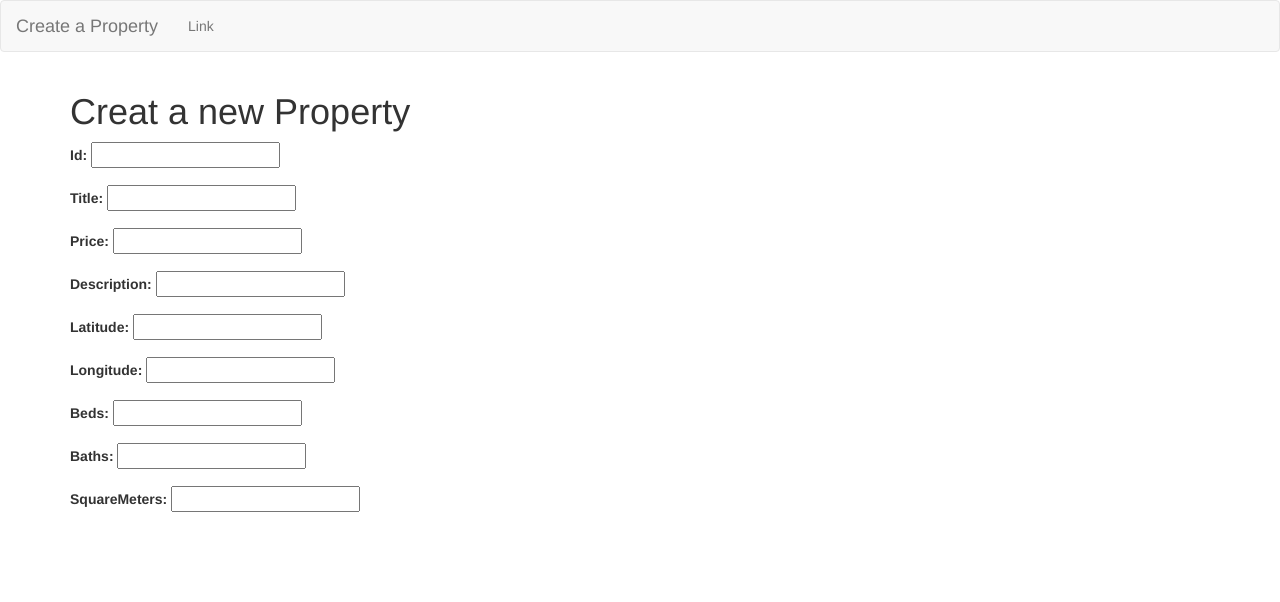
Repository: djoysilva/vivaRealChallenge
Page: http://localhost/vivaReal2.0/createProperty.jsp
The author's editor kept a copy of each file at every save. The page is drawn from the files as they stood at one save, then again after the next save.
The browser window is 1280 px wide. The pictures show the whole page.
The page is served by Tomcat 9. Other server files are loaded and not shown.

Above is the page before, as saved 2016-11-02 21:07:21.

### VivaRealWorkSpace/vivaReal2.0/WebContent/createProperty.jsp
<%@ page language="java" contentType="text/html; charset=ISO-8859-1"
    pageEncoding="ISO-8859-1"%>
<!DOCTYPE html PUBLIC "-//W3C//DTD HTML 4.01 Transitional//EN" "http://www.w3.org/TR/html4/loose.dtd">
<html>
<head>
<meta http-equiv="Content-Type" content="text/html; charset=ISO-8859-1">
<%@ include file = "include.jsp"%>
<title>Create a new property</title>
</head>
<body>
	<%@ include file = "menu.jsp" %>
	<div class = "container">
		<h1>Creat a new Property</h1>
		<div class = "row">
			<div class = "col-md-4">
				<form action="createProperty" method="post">
					<input type="hidden" name="action" value="create">
					<div class = "form-group">
						<label for="idId">Id:</label>
						<input type="text" name="id" id="idId">
					</div>
					<div class = "form-group">
						<label for="idTitle">Title:</label>
						<input type="text" name="title" id="idTitle">
					</div>
					<div class = "form-group">
						<label for="idPrice">Price:</label>
						<input type="text" name="price" id="idPrice">
					</div>
					<div class = "form-group">
						<label for="idDesc">Description:</label>
						<input type="text" name="description" id="idDesc">
					</div>
					<div class = "form-group">
						<label for="idLatitude">Latitude:</label>
						<input type="text" name="latitude" id="idLatitude">
					</div>
					<div class = "form-group">
						<label for="idLongitude">Longitude:</label>
						<input type="text" name="longitude" id="idLongitude">
					</div>
					<div class = "form-group">
						<label for="idBeds">Beds:</label>
						<input type="text" name="beds" id="idBeds">
					</div>
					<div class = "form-group">
						<label for="idBaths">Baths:</label>
						<input type="text" name="baths" id="idBaths">
					</div>
					<div class = "form-group">
						<label for="idSquare">SquareMeters:</label>
						<input type="text" name="square" id="idSquare">
					</div>
				</form>
			</div>
		</div>
	</div>
</body>
</html>

### VivaRealWorkSpace/vivaReal2.0/WebContent/include.jsp
<link rel = "stylesheet" type = "text/css" href="css/bootstrap.min.css">

### VivaRealWorkSpace/vivaReal2.0/WebContent/menu.jsp
<nav class="navbar navbar-default">
  <div class="container-fluid">
    <!-- Brand and toggle get grouped for better mobile display -->
    <div class="navbar-header">
      <button type="button" class="navbar-toggle collapsed" data-toggle="collapse" data-target="#bs-example-navbar-collapse-1" aria-expanded="false">
        <span class="sr-only">Toggle navigation</span>
        <span class="icon-bar"></span>
        <span class="icon-bar"></span>
        <span class="icon-bar"></span>
      </button>
      <a class="navbar-brand" href="createProperty.jsp">Create a Property</a>
    </div>

    <!-- Collect the nav links, forms, and other content for toggling -->
    <div class="collapse navbar-collapse" id="bs-example-navbar-collapse-1">
      <ul class="nav navbar-nav">
        <li><a href="#">Link</a></li>
      </ul>
    </div><!-- /.navbar-collapse -->
  </div><!-- /.container-fluid -->
</nav>

Loaded but not shown: VivaRealWorkSpace/vivaReal2.0/WebContent/css/bootstrap.min.css (library)

After the next save:
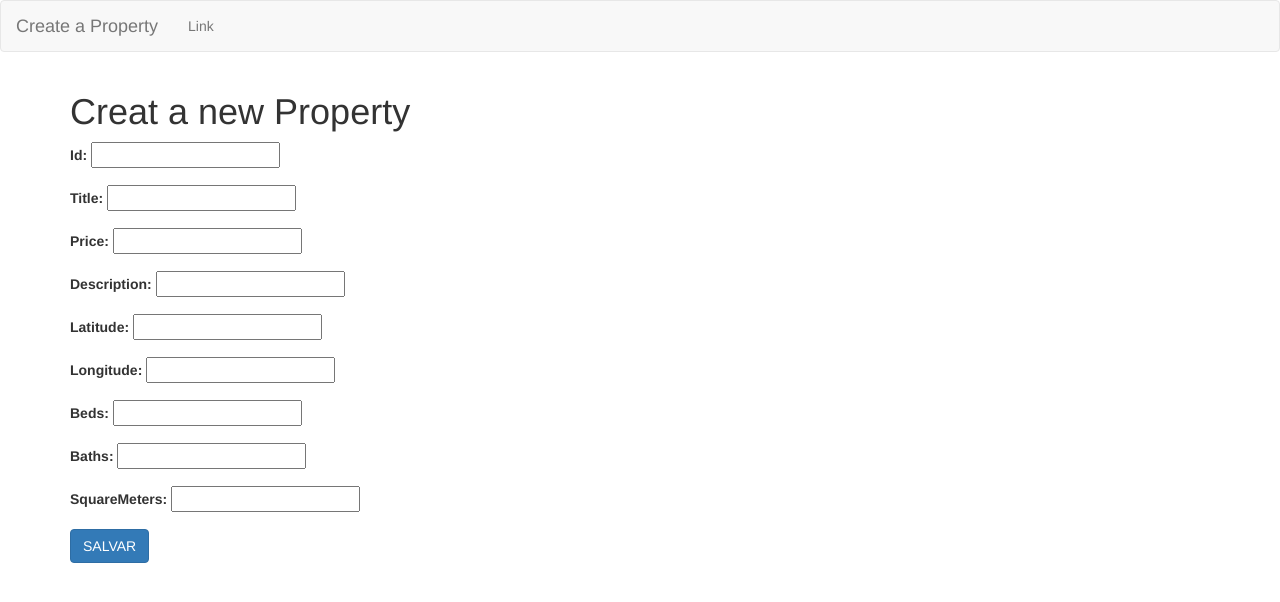
Saved 68 s later.
--- a/VivaRealWorkSpace/vivaReal2.0/WebContent/createProperty.jsp
+++ b/VivaRealWorkSpace/vivaReal2.0/WebContent/createProperty.jsp
@@ -51,6 +51,9 @@
 						<label for="idSquare">SquareMeters:</label>
 						<input type="text" name="square" id="idSquare">
 					</div>
+					<div>
+						<input type="submit" value="SALVAR" class="btn btn-primary">
+					</div>
 				</form>
 			</div>
 		</div>
